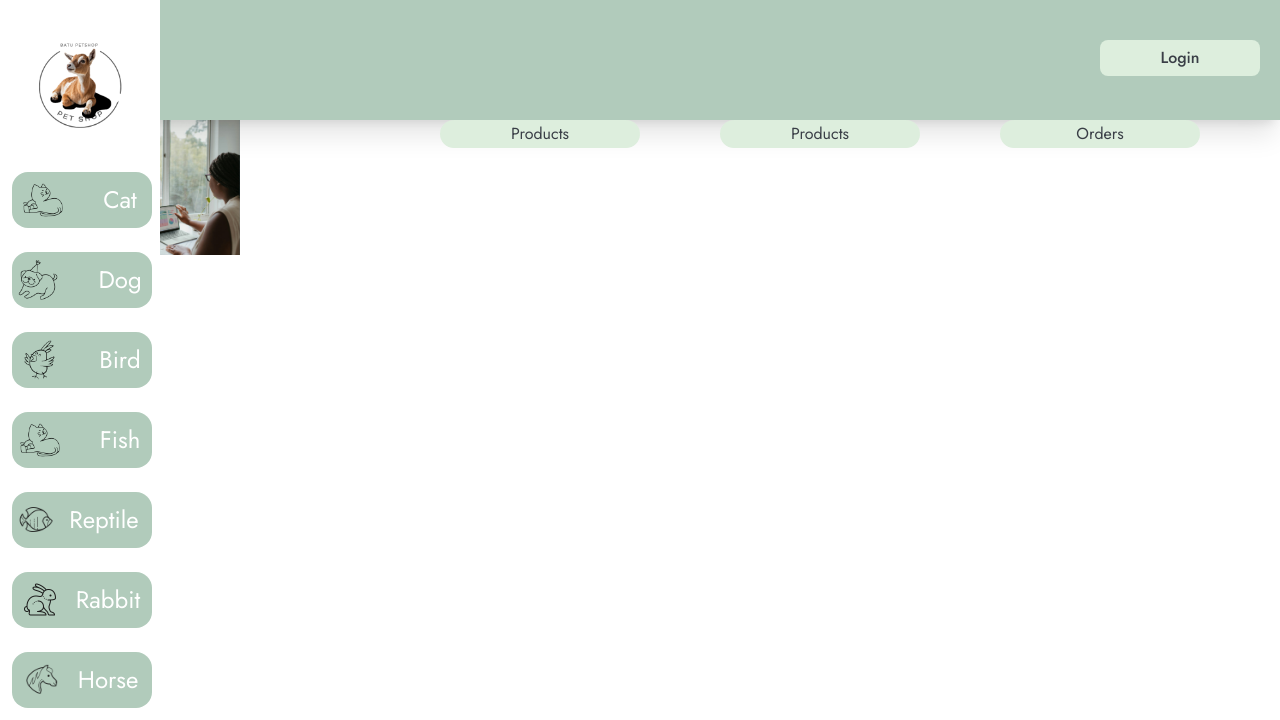
Repository: batu-call/batu-petshop
Page: /main (app in petshopp-appAdmin/admin/)
These files come from the project's save history. The page is drawn as it stood at one moment and after the next save; the edit follows.
The browser window is 1280 px wide. The pictures show the whole page.
The project was rebuilt for these pictures with package versions that can differ from the ones it lists, and the page was loaded fresh each time. The framework's server and built-in components were replaced by stand-ins that run in the browser. Also part of the build but not shown: petshopp-appAdmin/admin/next.config.ts.

Above is the page before, as saved 2025-09-21 00:46:08.

After the next save:
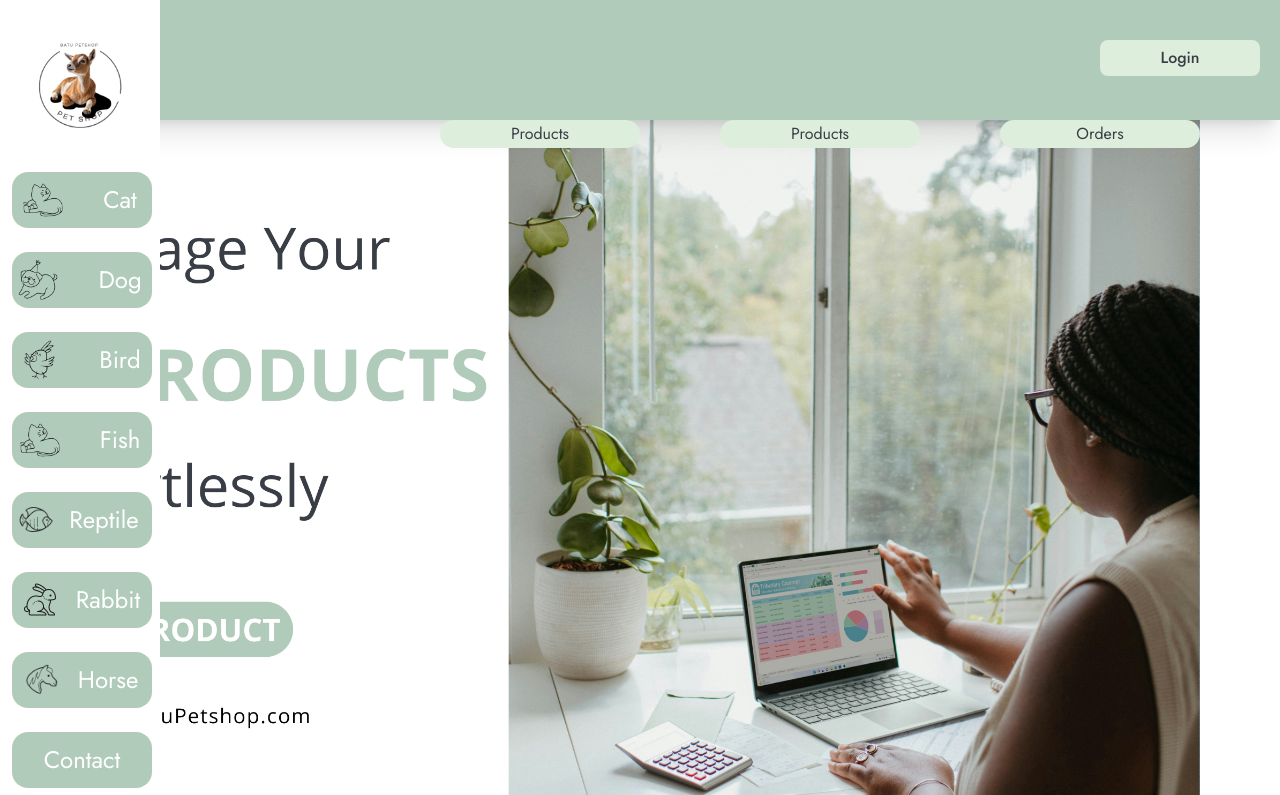
Saved 8 s later.
--- a/petshopp-appAdmin/admin/src/app/main/controller/Main.tsx
+++ b/petshopp-appAdmin/admin/src/app/main/controller/Main.tsx
@@ -11,7 +11,7 @@ const Main = () => {
       <Navbar />
       {/* Catgeory */}
       <Sidebar />
-      <Image src={"/admin-banner.png"} alt='admin-banner' width={240} height={240}/>
+      <Image src={"/admin-banner.png"} alt='admin-banner' width={1200} height={1200}/>
     </div>
   )
 }
